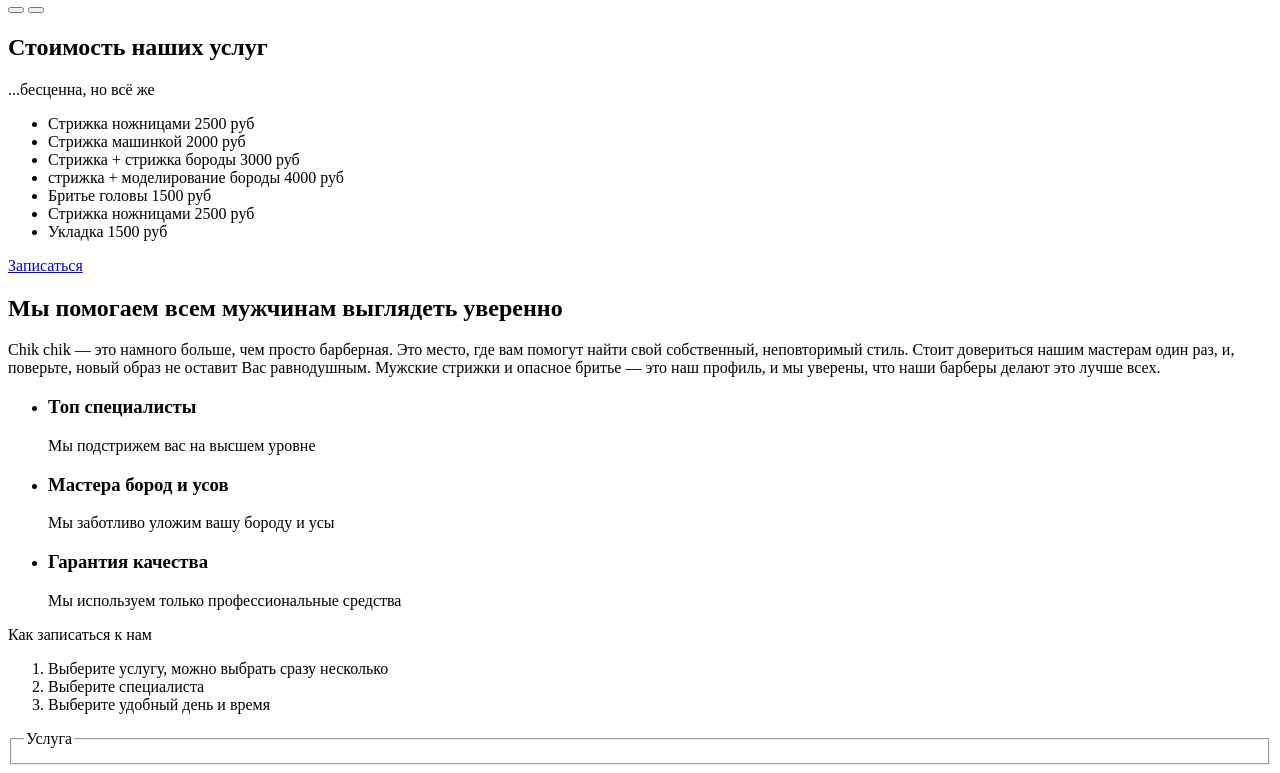
Repository: alexboagreek/chick-chick
Page: index.html
These files come from the project's save history. The page is drawn as it stood at one moment and after a run of saves; the edit follows.
The browser window is 1280 px wide. The pictures show the part of the page from y = 3047 to 3840 px (the page is 3820 px tall before and 3840 px after).
A picture or video elsewhere on the page could not be fetched, so the positions and the page height are approximate.

Above is the page before, as saved 2023-01-17 15:22:06.

After the next 4 saves:
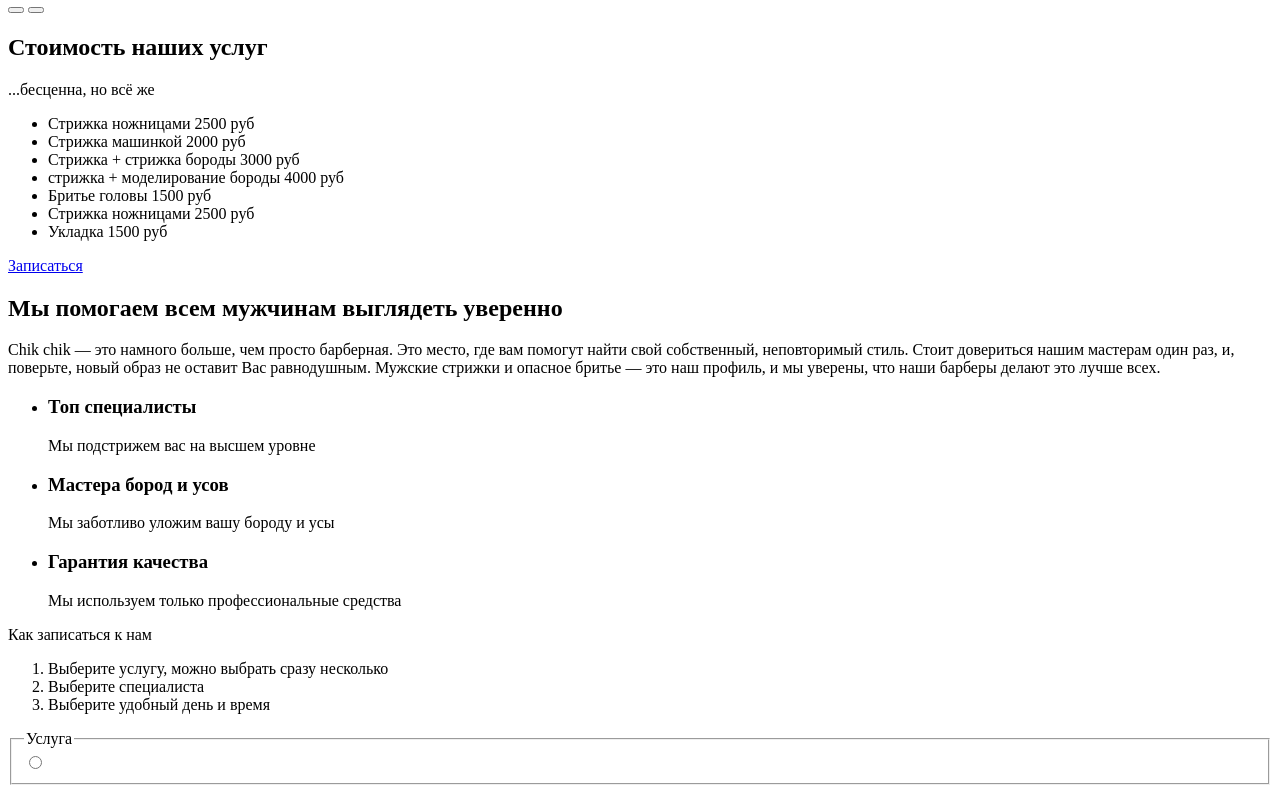
The 4 saves are shown as one change because they came seconds apart.
The last was saved 10 s later.
--- a/index.html
+++ b/index.html
@@ -152,7 +152,9 @@
                     <fieldset class="reserve__fieldset">
                         <legend class="reserve__legend">Услуга</legend>
 
-                        <label></label>
+                        <label>
+                            <input type="radio">
+                        </label>
                     </fieldset>
                 </div>
             </form>
